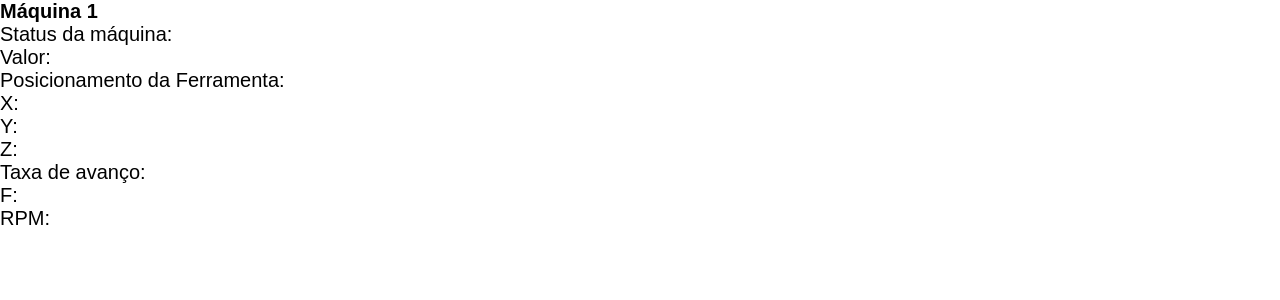
Repository: Murilo-Herrick/Dados-Faculdade
Page: Faculdade - SENAI/1º Semestre/Projeto Integrador/Desenvolvimento/WEB/Monitoramento_CNC_V0.2/TelaPrincipal.html
An editor plug-in stored every save of this project. The page is shown before and after the next save, followed by the edit.
The browser window is 1280 px wide. The pictures show the whole page.

Above is the page before, as saved 2024-05-17 00:49:58.

### Faculdade - SENAI/1º Semestre/Projeto Integrador/Desenvolvimento/WEB/Monitoramento_CNC_V0.2/TelaPrincipal.html
<!DOCTYPE html>
<html lang="pt_">
<head>
    <meta charset="UTF-8">
    <meta name="viewport" content="width=device-width, initial-scale=1.0">
    <title>Máquina CNC</title>
    <link rel="stylesheet" href="css/TelaPrincipal.css">
</head>
<body>
    <h1>Máquina 1</h1>
    <div id="statusMaquina">
        <label for="status">Status da máquina: </label>
        <p id="valorDoStatus">Valor: </p>
    </div>
    <div id="posicionamentoFerramenta">
        <label for="posicionamento">Posicionamento da Ferramenta: </label>
        <p id="eixo_X">X: </p>
        <p id="eixo_Y">Y: </p>
        <p id="eixo_Z">Z: </p>
    </div>
    <div id="taxaDeAvanco">
        <label for="taxaAvanco">Taxa de avanço: </label>
        <p id="valorAvanco">F: </p>
    </div>
    <div id="rpmMaquina">
        <label for="rpm">RPM: </label>
        <p id="valorRPM"> </p>
    </div>
    <script></script>
</body>
</html>

### Faculdade - SENAI/1º Semestre/Projeto Integrador/Desenvolvimento/WEB/Monitoramento_CNC_V0.2/css/TelaPrincipal.css
* {
    margin: 0;
    padding: 0;
    font-family: Arial, Helvetica, sans-serif;
    font-size: 15px;
    box-sizing: border-box;
}

body {

}
* {
    margin: 0;
    padding: 0;
    font-family: Arial, Helvetica, sans-serif;
    font-size: 15px;
    box-sizing: border-box;
}
* {
    margin: 0;
    padding: 0;
    font-family: Arial, Helvetica, sans-serif;
    font-size: 15px;

}
* {
    margin: 0;
    padding: 0;
    font-family: Arial, Helvetica, sans-serif;
    font-size: 15px;
}
* {
    margin: 0;
    padding: 0;
    font-family: Arial, Helvetica, sans-serif;
    font-size: 20px;
}

After the next save:
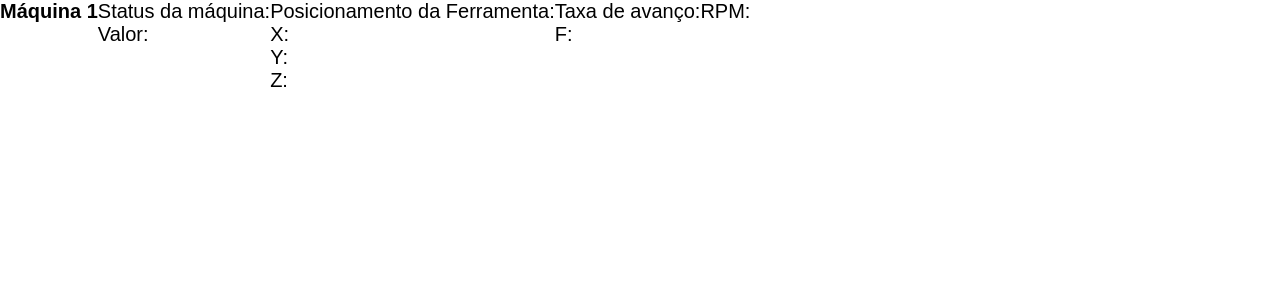
Saved 7 s later.
--- a/Faculdade - SENAI/1º Semestre/Projeto Integrador/Desenvolvimento/WEB/Monitoramento_CNC_V0.2/css/TelaPrincipal.css
+++ b/Faculdade - SENAI/1º Semestre/Projeto Integrador/Desenvolvimento/WEB/Monitoramento_CNC_V0.2/css/TelaPrincipal.css
@@ -1,3 +1,15 @@
+* {
+    margin: 0;
+    padding: 0;
+    font-family: Arial, Helvetica, sans-serif;
+    font-size: 15px;
+    box-sizing: border-box;
+}
+
+body {
+    display: flex;
+    justify-content: ;
+}
 * {
     margin: 0;
     padding: 0;
